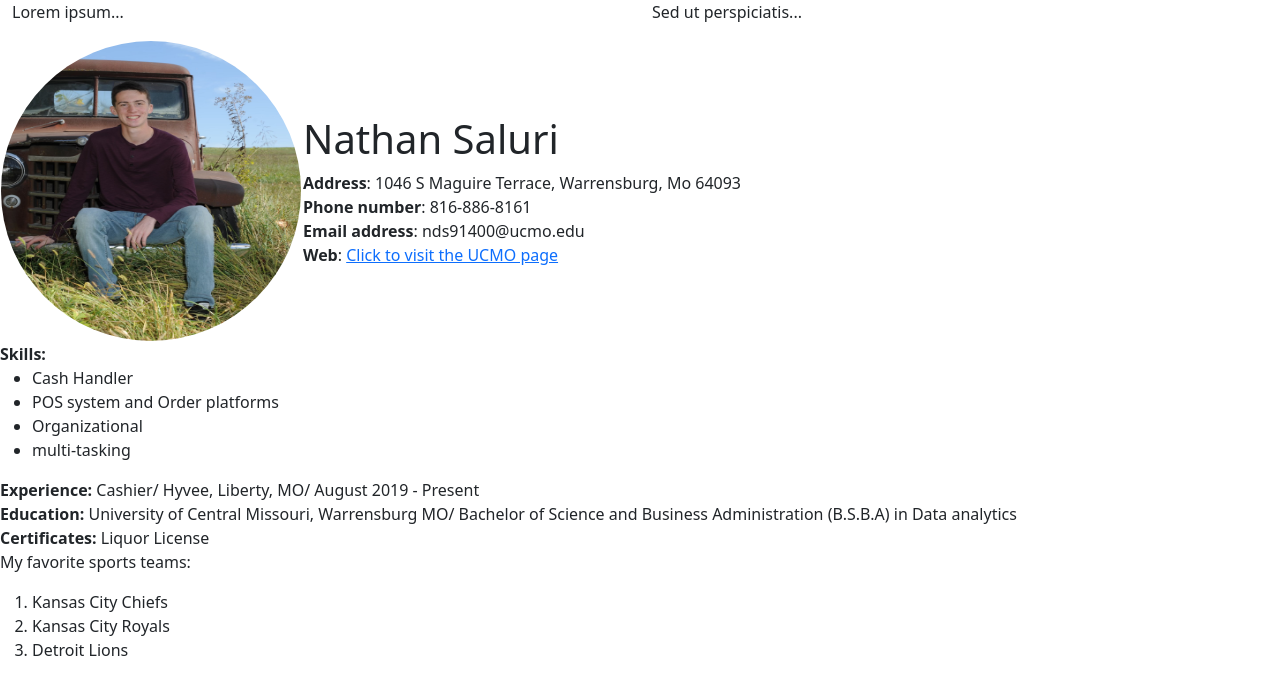
Repository: nds91400/spring-2023-cis2625-serverless
Page: lesson8/index.html
The author's editor kept a record of every edit. The page is drawn from the files as they stood at one moment, then again after the next edit.
The browser window is 1280 px wide. The pictures show the whole page.

Above is the page before.

After the next edit:
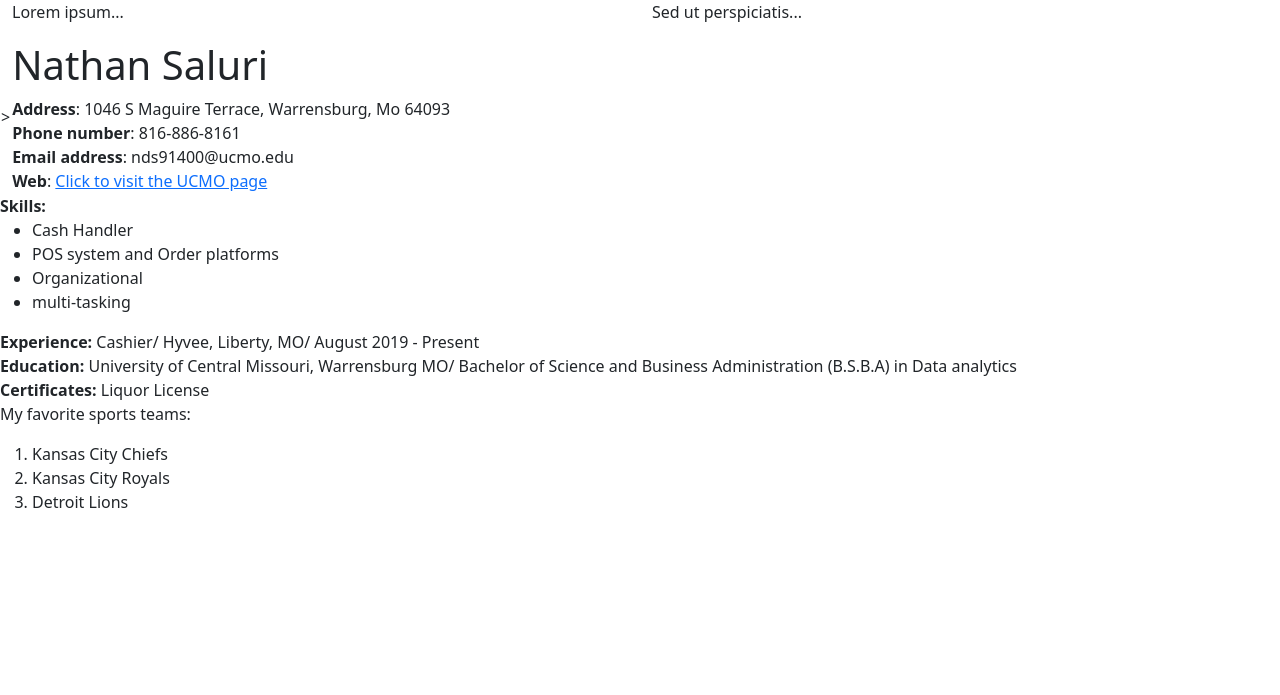
The edit:
--- a/lesson8/index.html
+++ b/lesson8/index.html
@@ -25,7 +25,7 @@
 
 <table name="top" id="top">
 <tr>
-<td><img src="img/Saluri1.jpg" class="rounded-circle" alt="Nate Saluri Picture" height="300" width="300"></td>
+<td>></td>
 <td>
     <h1>Nathan Saluri</h1>
 <b>Address</b>: 1046 S Maguire Terrace, Warrensburg, Mo 64093</br>
